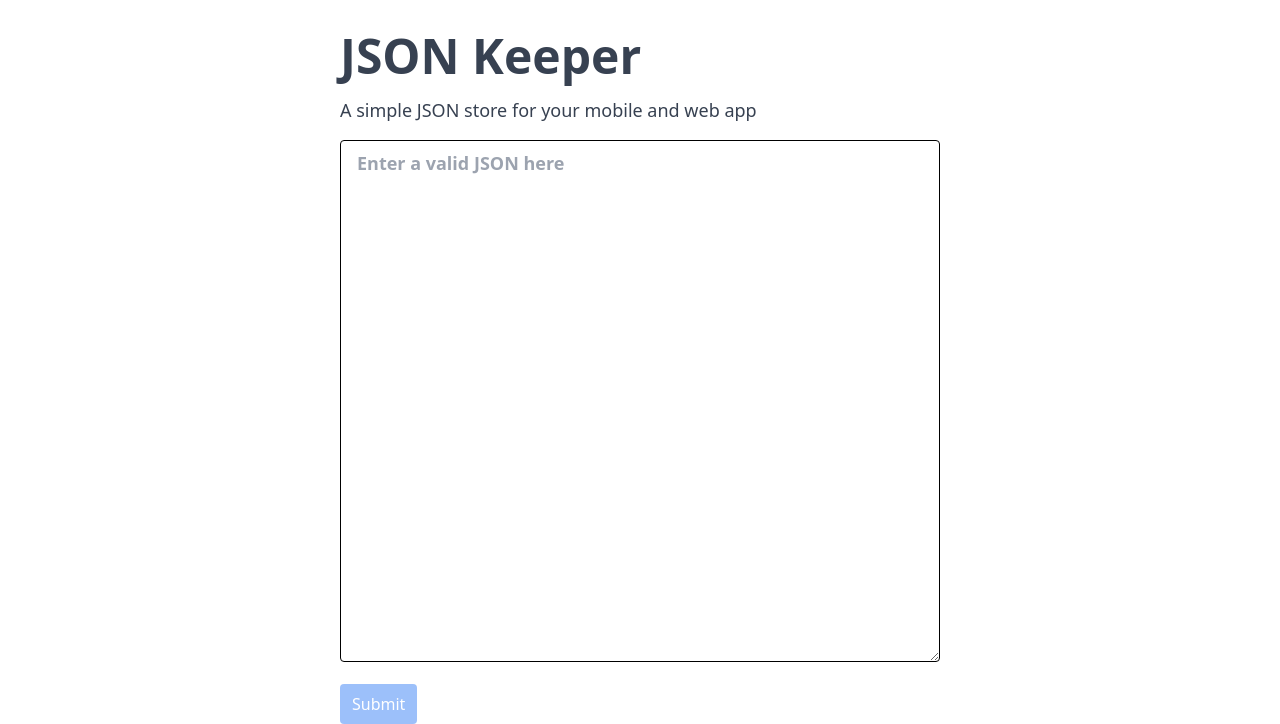
Repository: lakshithapramodya/jsonhub
Page: / (app in client/)
An editor plug-in stored every save of this project. The page is shown before and after the next save, followed by the edit.
The browser window is 1280 px wide. The pictures show the whole page.
The page's requests for data from a server got no answer. The project was rebuilt for these pictures with package versions that can differ from the ones it lists, and the page was loaded fresh each time. No one was signed in, and anything a server would have sent is missing. Also part of the build but not shown: client/src/HandleJsonData.js.

Above is the page before, as saved 2023-05-10 12:26:02.

After the next save:
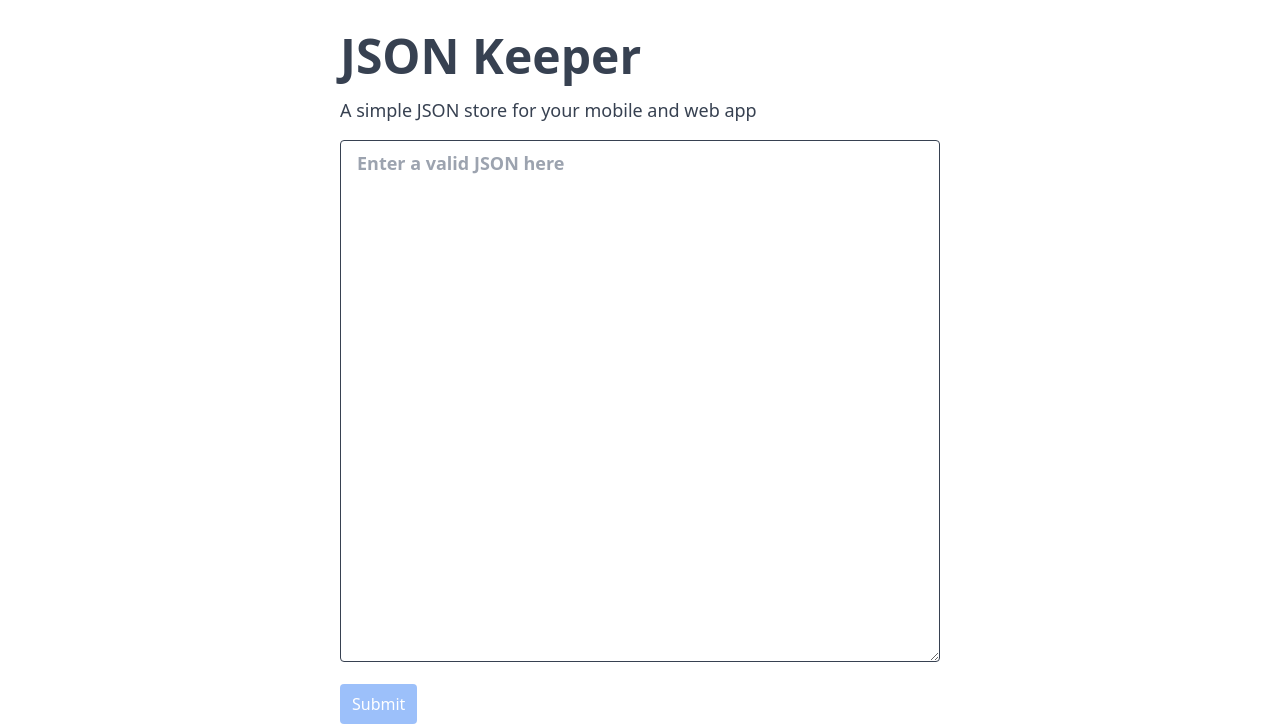
Saved 18 s later.
--- a/client/src/App.js
+++ b/client/src/App.js
@@ -51,7 +51,7 @@ function App() {
             onChange={(e) => setInput(e.target.value)}
             value={input}
             rows={18}
-            className="border border-black w-full rounded p-2 px-4 text-lg font-semibold focus:outline-none"
+            className="border border-gray-700 w-full rounded p-2 px-4 text-lg font-semibold focus:outline-none"
           />
           <button
             className="bg-blue-500 p-2 px-3 rounded text-white disabled:opacity-50"
